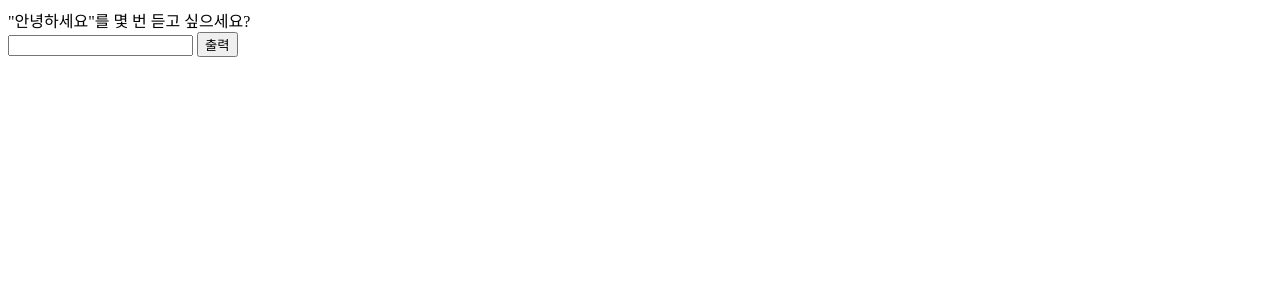
Repository: water-case/Servlet_JSP_JSPMVC
Page: workspace/JSPPrj/src/main/webapp/add.html
These files come from the project's save history. The page is drawn as it stood at one moment and after the next save; the edit follows.
The browser window is 1280 px wide. The pictures show the whole page.

Above is the page before, as saved 2021-08-25 04:54:10.

### workspace/JSPPrj/src/main/webapp/add.html
<!DOCTYPE html>
<html>
<head>
<meta charset="UTF-8">
<title>Insert title here</title>
</head>
<body>
	<div>
		<form action="add">
			<div>
				<label>"안녕하세요"를 몇 번 듣고 싶으세요?</label>
			</div>
			<div>
				<input type="text" name="cnt" />
				<input type="submit" value="출력" />
			</div>
		</form>
	</div>
</body>
</html>

After the next save:
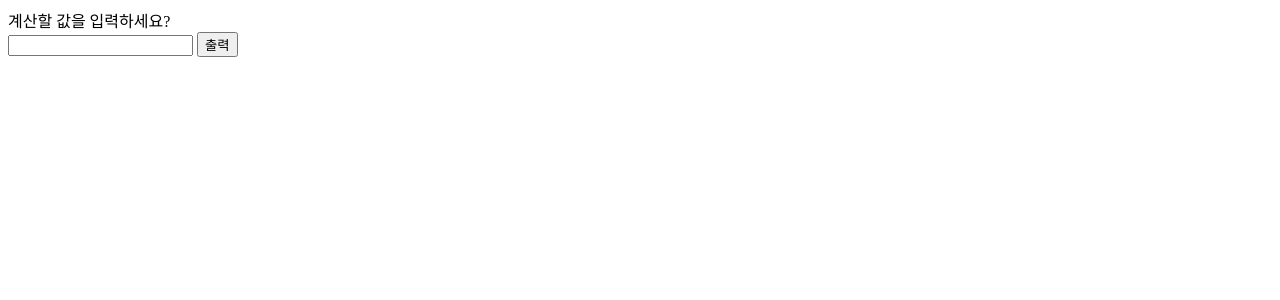
Saved 46 s later.
--- a/workspace/JSPPrj/src/main/webapp/add.html
+++ b/workspace/JSPPrj/src/main/webapp/add.html
@@ -8,7 +8,7 @@
 	<div>
 		<form action="add">
 			<div>
-				<label>"안녕하세요"를 몇 번 듣고 싶으세요?</label>
+				<label>계산할 값을 입력하세요?</label>
 			</div>
 			<div>
 				<input type="text" name="cnt" />
